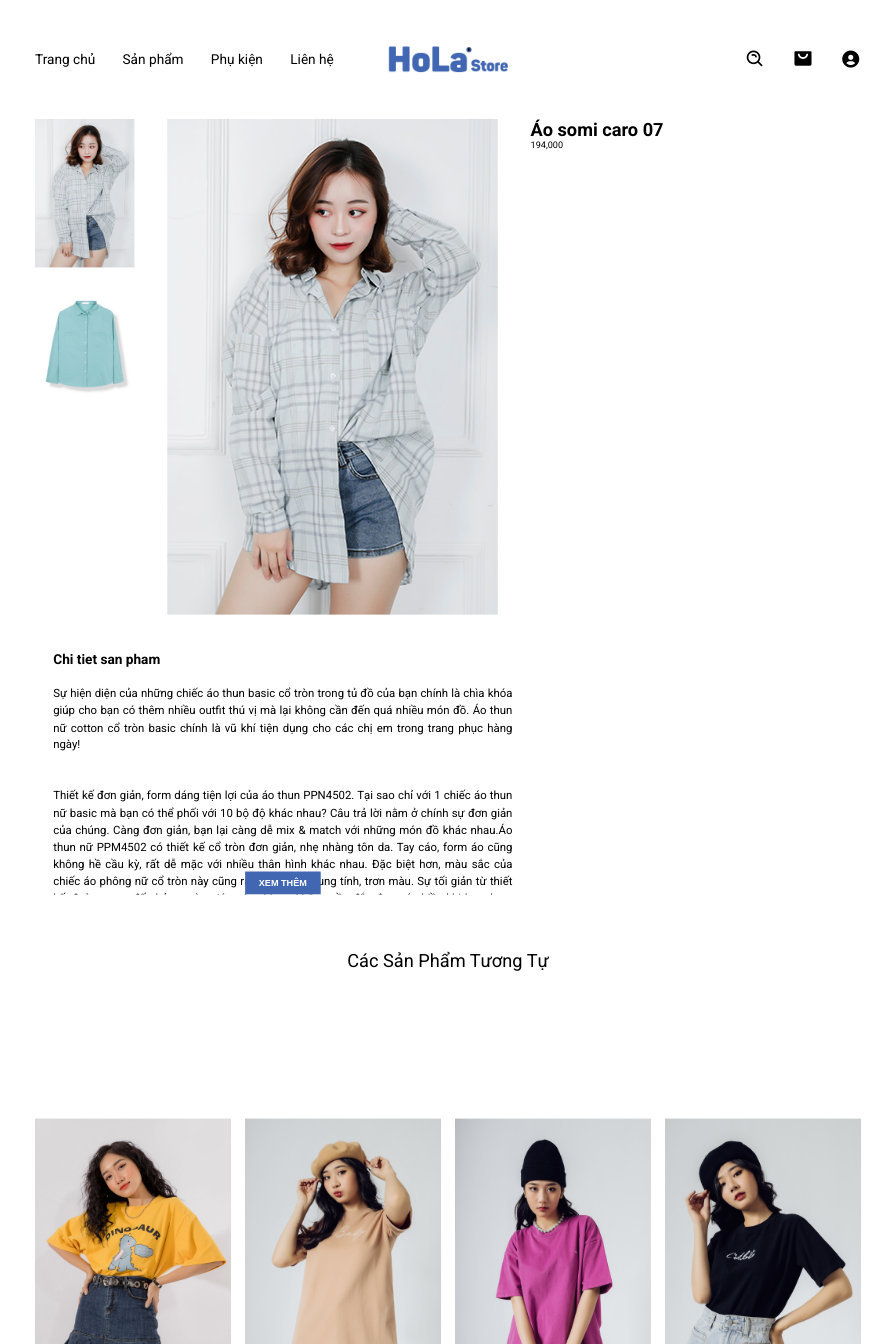
Repository: eric-nguyen-fe/Hola-ecommerce
Page: /catalog/ao-somi-caro-07
The author's editor kept a copy of each file at every save. The page is drawn from the files as they stood at one save, then again after a run of saves.
The browser window is 1280 px wide. The pictures show the part of the page from y = 0 to 1920 px (the page is 4131 px tall), at 70% of full size.
The project was rebuilt for these pictures with package versions that can differ from the ones it lists, and the page was loaded fresh each time. Also part of the build but not shown: src/components/HeroSlider.jsx, src/components/PolicyCard.jsx, src/assets/fake-data/hero-slider.js, src/assets/fake-data/policy.js, src/pages/Home.jsx, src/components/CheckBox.jsx, src/assets/fake-data/category.js, src/assets/fake-data/product-color.js and 4 more.

Above is the page before, as saved 2021-12-10 12:32:47.

### src/scss/index.scss
@import "./variables";
@import "./mixins";
@import "./base";

@import "./components/header";
@import "./components/footer";
@import "./components/hero-slider.scss";
@import "./components/button";
@import "./components/policy-card";
@import "./components/section";
@import "./components/product-card";
@import "./components/catalog";
@import "./components/custom-checkbox.scss";
@import "./components/product";

### src/components/Layout.jsx
import React from 'react'

import { BrowserRouter, Route } from 'react-router-dom'

import Header from './Header'
import Footer from './Footer'

import Routes from '../routes/Routes'

const Layout = () => {
    return (
        <BrowserRouter>
            <Route render={props => (
                <div>

                    <div className="container">
                    <Header {...props}/>
                        <div className="main">
                            <Routes/>
                        </div>
                    </div>
                    <Footer/>
                </div>
            )}/>
        </BrowserRouter>
    )
}

export default Layout

### src/scss/_variables.scss
$main-bg: #fff;
$main-color: #4267b2;

$txt-main-color: #000;
$txt-second-color: #8d8d8d;
$txt-white: #fff;

$btn-main-bg: $main-color;
$btn-main-color: #fff;

$header-height: 170px;
$header-tablet-height: 70px;
$header-mobile-height: 40px;
$header-shrink-height: 70px;

$box-shadow: rgba(73, 90, 105, 0.2) 0px 8px 24px;

$colors: (
    "blue": #4267b2,
    "orange": #eea54d,
    "pink": #f3786d,
    "white": #fff,
    "black": #000,
    "main": $main-color
);

$mobile-width: 600px;
$tablet-width: 1024px;

$numbers: (0, 1, 2, 3, 4, 5, 6, 7, 8);

### src/scss/mixins.scss
@mixin flex ($align-item, $justify-content) {
    display: flex;
    align-items: $align-item;
    justify-content: $justify-content;
}

@mixin mobile {
    @media only screen and (max-width: $mobile-width){
        @content;
    }
}

@mixin tablet {
    @media only screen and (max-width: $tablet-width){
        @content;
    }
}

### src/scss/_base.scss
@import url("https://fonts.googleapis.com/css2?family=M+PLUS+Rounded+1c:wght@100;300;400;500;700;800;900&family=Roboto:ital,wght@0,100;0,300;0,400;0,500;0,700;0,900;1,100;1,300;1,400;1,500;1,700;1,900&display=swap");

@import url("https://fonts.googleapis.com/css2?family=M+PLUS+Rounded+1c:wght@100;300;400;500;700;800;900&family=Roboto:ital,wght@0,100;0,300;0,400;0,500;0,700;0,900;1,100;1,300;1,400;1,500;1,700;1,900&display=swap");

* {
    padding: 0;
    margin: 0;
    box-sizing: border-box;
    -webkit-tap-highlight-color: transparent;
    user-select: none;
}

html {
    font-size: 13px;
}

body {
    font-family: "Roboto", sans-serif;
}

ul {
    list-style-type: none;
}

a {
    text-decoration: none;
    color: unset;
}

a:hover {
    color: $main-color;
}

img {
    max-width: 100%;
}

@each $color, $val in $colors {
    .color-#{$color} {
        color: $val;
    }

    .bg-#{$color} {
        background-color: $val;
    }
}

@each $val in $numbers {
    .grid-col-#{$val} {
        grid-template-columns: repeat($val, 1fr);
    }
}

@each $val in $numbers {
    .grid-col-md-#{$val} {
        @include tablet {
            grid-template-columns: repeat($val, 1fr);
        }
    }
}

@each $val in $numbers {
    .grid-col-sm-#{$val} {
        @include mobile {
            grid-template-columns: repeat($val, 1fr);
        }
    }
}

.container {
    width: 100%;
    max-width: 1620px;
    padding: 0 50px;
    margin: auto;

    @include tablet {
        padding: 0 20px;
    }

    @include mobile {
        padding: 0 10px;
    }
}

.main {
    margin-top: $header-height;
    margin-bottom: 2rem;
    min-height: 100vh;

    @include tablet {
        margin-top: calc(#{$header-tablet-height} + 20px);
    }

    @include mobile {
        margin-top: calc(#{$header-mobile-height} + 10px);
    }
}

.grid {
    display: grid;
}

### src/scss/components/_header.scss
.header {
    background-color: $main-bg;
    position: fixed;
    top: 0;
    left: 0;
    width: 100%;
    z-index: 99;
    height: $header-height;
    transition: height .3s ease;

    @include tablet {
        height: $header-tablet-height;
        box-shadow: $box-shadow;
    }

    .container {
        height: 100%;
    }

    &.shrink{
        height: $header-shrink-height;
        box-shadow: $box-shadow;
        z-index: 100;

        @include mobile {
            height: $header-mobile-height;
        }
    }

    &__logo {
        @include flex (center, center);
        position: absolute;
        inset: 0;
        pointer-events: none;

        img {
            height: 38px;
        }
    }

    &__menu {
        @include flex(center, space-between);
        height: 100%;
        font-size: 1.5rem;

        &__item ~ &__item {
            margin-left: 39px;

            @include tablet {
                margin-left: 20px;
            }

            @include mobile {
                margin-left: 10px;
            }
        }

        &__item.active {
            font-weight: 600;
            color: $main-color;
        }


        &__item:hover {
            color: $main-color;
        }

        &__left,
        &__right {
            @include flex(center, center);
            height: 100%;
        }

        &__right {
            font-size: 2.25rem;

            &__item {
                @include flex(center, center);

                @include tablet {
                    margin-left: 10px;
                }
            }



            @include mobile {
                font-size: 1.5rem;
            }
        }

        &__left {
            &__close{
                display: none;
            }

            @include tablet {
                flex-direction: column;
                background-color: $main-bg;
                position: absolute;
                left: 0;
                top: 0;
                width: 100%;
                height: 100vh;
                justify-content: flex-start;
                padding-top: 30px;
                transform: translateX(-100%);
                transition: transform 0.5s ease;

                &.active {
                    transform: translateX(0);
                }

                &__item ~ &__item {
                    margin-left: unset;
                    margin-top: 20px;
                }

                &__close {
                    display: block;
                    position: absolute;
                    left: 20px;
                    font-size: 2.5rem;
                }
            }
        }

        &__mobile-toggle {
            display: none;

            @include tablet {
                display: block;
                font-size: 2.5rem;

            }
        }


    }
}

### src/scss/components/_footer.scss
.footer {
    padding: 70px 0;
    box-shadow: $box-shadow;
    font-size: 1.1rem;

    &__logo {
        height: 30px;
    }

    &__about {
        p {
            margin-bottom: 2rem;
        }
    }

    &__title {
        text-transform: uppercase;
        margin-bottom: 2rem;
        font-weight: 600;
    }

    &__content {
        p {
            margin-bottom: 1.25rem;
        }
    }
}

### src/scss/components/_button.scss
.btn {
    border: 0;
    outline: 0;
    color: $btn-main-color;
    font-size: 1.5rem;
    font-weight: 600;
    text-transform: uppercase;
    cursor: pointer;
    overflow: hidden;
    position: relative;

    @include mobile {
        font-size: 1rem;
    }

    &__txt,
    &__icon {
        display: block;
        transition: transform 0.5s ease;
    }

    &__txt {
        padding: 1rem 2rem;
    }

    &__icon {
        @include flex(center, center);
        font-size: 2rem;
        position: absolute;
        left: 0;
        top: 0;
        height: 100%;
        width: 100%;
        transform: translateX(-100%);
    }

    &-animate:hover &__txt {
        transform: translateX(100%);
    }

    &-animate:hover &__icon {
        transform: translateX(0);
    }

    &-sm {
        font-size: 1rem;
    }

    &-sm &__txt {
        padding: 0.7rem 1.5rem;
    }
}

### src/scss/components/_policy-card.scss
.policy-card {
    @include flex(center, flex-start);
    padding: 20px;
    padding-left: 0;
    box-shadow: $box-shadow;
    transition: transform .5s ease;

    &:hover {
        transform: translateY(-20%);
    }

    &__icon {
        @include flex (center, center);
        width: 40%;
        color: $main-color;

        i {
            font-size: 3rem;
        }
    }

    &__info{
        &__name{
            font-size: 1.25rem;
            font-weight: 600;
            margin-bottom: 7px;
        }

        &__description{
            font-size: 1rem;
            color: $txt-second-color;
        }

    }
}

### src/scss/components/_section.scss
.section {
    margin-bottom: 80px;

    & > * ~ * {
        margin-top: 70px;
    }

    &__title {
        font-size: 2rem;
        text-transform: capitalize;
        text-align: center;
    }
}

### src/scss/components/product-card.scss
.product-card {
    text-align: center;
    margin-bottom: 30px;

    &__image {
        padding-top: 50%;
        position: relative;
        overflow: hidden;
        margin-bottom: 30px;
    }
}

### src/scss/components/_catalog.scss
.catalog {
    @include flex(flex-start, flex-start);

    @include tablet {
        flex-direction: column;
    }

    &__filter {
        width: 20%;

        @include tablet {
            width: max-content;
            height: 100vh;
            background-color: $main-bg;
            padding: 1rem;
            position: fixed;
            left: 0;
            top: $header-tablet-height;
            z-index: 100;
            box-shadow: $box-shadow;
            transform: translateX(-100%);
            transition: transform 0.3s ease;
        }

        @include mobile {
            top: $header-mobile-height;
        }

        &.active {
            transform: translateX(0);
        }

        &__widget {
            margin-bottom: 2rem;

            &__title {
                font-size: 1.25rem;
                font-weight: 600;
                text-transform: capitalize;
                margin-bottom: 16px;
            }

            &__content {
                color: $txt-second-color;

                &__item {
                    margin-bottom: 13px;
                }
            }
        }
    }

    &__content {
        flex-grow: 1;

        @include tablet {
            width: 100%;
        }
    }

    &__filter__toggle {
        display: none;

        @include tablet {
            display: block;
            margin-bottom: 2rem;
        }
    }
}

### src/scss/components/custom-checkbox.scss
.custom-checkbox {
    @include flex (center, flex-start);

    cursor: pointer;

    &:hover {
        color: $main-color;
    }

    input {
        position: absolute;
        opacity: 0;

    }
}

### src/scss/components/_product.scss
.product {
    @include flex (flex-start, flex-start);

    &__images {
        @include flex(flex-start, flex-start);
        width: 60%;
        flex-wrap: wrap;

        &__list {
            width: 20%;

            &__item {
                cursor: pointer;
            }
        }

        &__main {
            flex-grow: 1;
            padding-top: 100%;
            position: relative;

            img {
                position: absolute;
                top: 0;
                left: 50%;
                height: 100%;
                transform: translateX(-50%);
            }
        }
    }
}

.product-description {
    width: 100%;
    padding: 2rem 2rem 3rem;
    height: 400px;
    overflow: hidden;
    position: relative;

    &.expand {
        height: max-content;
    }

    &__title {
        font-size: 1.5rem;
        font-weight: 600;
        margin: 2rem 0;
    }

    &__content {
        font-size: 1.25rem;
        line-height: 1.875rem;
        text-align: justify;
    }

    &__toggle {
        position: absolute;
        bottom: 0;
        left: 50%;
        transform: translateX(-50%);
    }
}

### src/routes/Routes.jsx
import React from 'react'

import { Route, Switch } from 'react-router-dom'

import Home from '../pages/Home';
import Catalog from '../pages/Catalog';
import Cart from '../pages/Cart';
import Product from '../pages/Product';

const Routes = () => {
    return (
        <Switch>
            <Route path="/" exact component = {Home}/>
            <Route path="/catalog/:slug" exact component = {Product}/>
            <Route path="/catalog" exact component = {Catalog}/>
            <Route path="/cart" exact component = {Cart}/>
        </Switch>
    )
}

export default Routes

### src/pages/Product.jsx
import React, {useEffect} from 'react';

import Helmet from '../components/Helmet'
import Section, {SectionBody, SectionTitle} from '../components/Section'
import Grid from '../components/Grid'
import ProductCard from '../components/ProductCard'


import productData from '../assets/fake-data/products';
import ProductView from '../components/ProductView';


const Product = props => {

    const product = productData.getProductBySlug(props.match.params.slug)

    const relatedProducts = productData.getProducts(8)

    React.useEffect(() => {
        window.scrollTo(0,0)
    }, [product])

    return (
        <Helmet title={product.title}>
            <Section>
                <SectionBody>
                    {
                       <ProductView product={product}/>                    }
                </SectionBody>
            </Section>
            <Section>
                <SectionTitle>
                   Các sản phẩm tương tự
                </SectionTitle>
                <SectionTitle>
                <Grid
                        col={4}
                        mdCol={2}
                        smCol={1}
                        gap={20}
                    >
                        {
                            relatedProducts.map((item, index) => (
                                <ProductCard
                                    key={index}
                                    img01={item.image01}
                                    img02={item.image02}
                                    name={item.title}
                                    price={Number(item.price)}
                                    slug={item.slug}
                                />
                            ))
                        }
                    </Grid>
                </SectionTitle>
            </Section>
        </Helmet>
    )
}

export default Product

### src/components/Helmet.jsx
import React, {useEffect} from 'react'
import PropTypes from 'prop-types'

const Helmet = props => {

    document.title = 'Hola - ' + props.title

    useEffect(() => {
        window.scrollTo(0,0)

    }, [])

  return (
    <div>
        {props.children}
    </div>
  )
}

Helmet.propTypes = {
    title: PropTypes.string.isRequired
}

export default Helmet

### src/components/ProductCard.jsx
import React from 'react'
import PropTypes from 'prop-types'

import { Link } from 'react-router-dom'

import Button from './Button'

import numberWithCommas from '../utils/numberWithCommas'

const ProductCard = props => {
    return (
        <div className="product-card">
            <Link to={`/catalog/${props.slug}`}>
                <div className="product-card__image">
                    <img src={props.img01} alt="" />
                    <img src={props.img02} alt="" />
                </div>
                <h3 className="product-card__name">{props.name}</h3>
                <div className="product-card__price">
                    {numberWithCommas(props.price)}
                    <span className="product-card__price__old">
                        <del>{numberWithCommas(399000)}</del>
                    </span>
                </div>
            </Link>
            <div className="product-card__btn">
                <Button
                    size="sm"
                    icon="bx bx-cart"
                    animate={true}
                >
                    Chọn mua
                </Button>
            </div>
        </div>
    )
}

ProductCard.propTypes = {
    img01: PropTypes.string.isRequired,
    img02: PropTypes.string.isRequired,
    name: PropTypes.string.isRequired,
    price: PropTypes.number.isRequired,
    slug: PropTypes.string.isRequired,


}

export default ProductCard

### src/components/Button.jsx
import React from 'react'
import PropTypes from 'prop-types'

const Button = props => {

    const bg = props.backgroundColor ? 'bg-' + props.backgroundColor : 'bg-main'

    const size = props.size ? 'btn-' + props.size : ''

    const animate = props.animate ? 'btn-animate' : ''

    return (
        <button
            className={`btn ${bg} ${size} ${animate}`}
            onClick={props.onClick ? () => props.onClick() : null}
        >
            <span className="btn__txt">{props.children}</span>
            {
                props.icon ? (
                    <span className="btn__icon">
                        <i className={`${props.icon} bx-tada`}></i>
                    </span>
                ) : null
            }
        </button>
    )
}

Button.propTypes = {
    backgroundColor: PropTypes.string,
    size: PropTypes.string,
    icon: PropTypes.string,
    animate: PropTypes.bool,
    onclick: PropTypes.func
}

export default Button

### src/components/ProductView.jsx
import React, {useState} from 'react'
import PropTypes from 'prop-types'

import Button from './Button'
import numberWithCommas from '../utils/numberWithCommas'

const ProductView = props => {

    const product = props.product

    const [previewImg, setPreviewImg ] = useState(product.image01);

    const [descriptionExpand, setDescriptionExpand] = useState(false);

    return (
<div className="product">
            <div className="product__images">
                <div className="product__images__list">
                    <div className="product__images__list__item" onClick={() => setPreviewImg(product.image01)}>
                        <img src={product.image01} alt="" />
                    </div>
                    <div className="product__images__list__item" onClick={() => setPreviewImg(product.image02)}>
                        <img src={product.image02} alt="" />
                    </div>
                </div>
                <div className="product__images__main">
                    <img src={previewImg} alt="" />
                </div>
                <div className={`product-description ${descriptionExpand ? 'expand' : ''}`}>
                    <div className="product-description__title">
                        Chi tiet san pham
                    </div>
                    <div className="product-description__content" dangerouslySetInnerHTML={{__html:product.description}}>
                    </div>
                    <div className="product-description__toggle">
                        <Button
                            size="sm"
                            onClick={() => setDescriptionExpand(!descriptionExpand)}
                        >
                            {
                                descriptionExpand ? 'Thu gọn' : 'Xem thêm'
                            }
                        </Button>
                    </div>
                </div>
            </div>
            <div className="product__info">
                <h1 className="product__info__title">{product.title}</h1>
                <div className="product__info__item">
                    <span className="product__info__title__price">
                        {
                            numberWithCommas(product.price)
                        }
                    </span>
                </div>
            </div>
        </div>
    )
}

ProductView.propTypes = {
    product: PropTypes.object.isRequired,

}

export default ProductView

Loaded but not shown: public/index.html (common file); src/reportWebVitals.js (common file); src/assets/boxicons-2.0.7/css/boxicons.min.css (library); src/components/Grid.jsx (common file); src/components/Section.jsx (common file); src/utils/numberWithCommas.js (common file); src/assets/fake-data/products.js (275 lines, source omitted); src/index.js (20 lines, source omitted); src/scss/components/hero-slider.scss (214 lines, source omitted); src/components/Footer.jsx (124 lines, source omitted); src/components/Header.jsx (103 lines, source omitted)

After the next 2 saves:
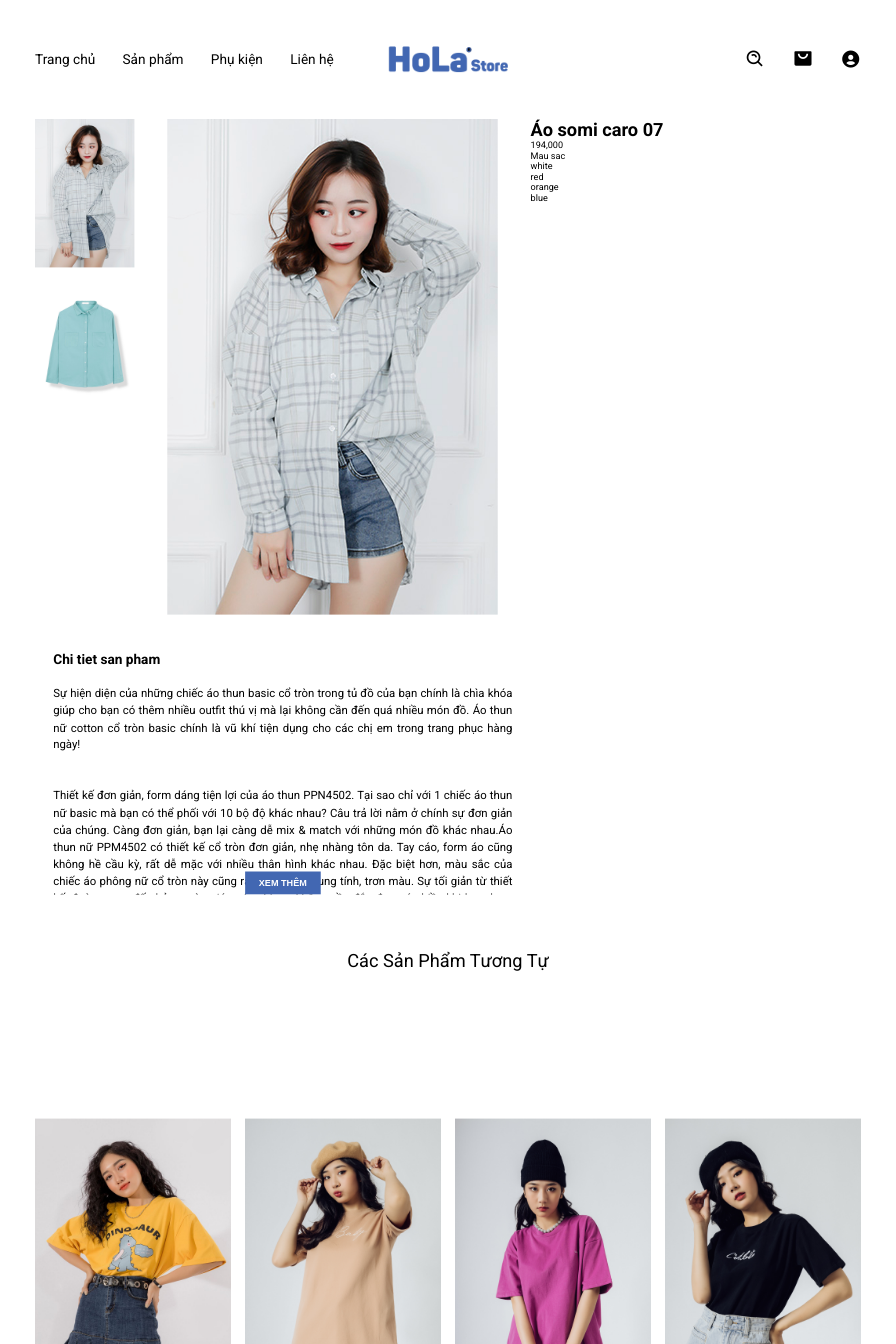
The 2 saves are shown as one change because 1 did not build or start.
The last was saved 2 min 38 s later.
--- a/src/components/ProductView.jsx
+++ b/src/components/ProductView.jsx
@@ -53,6 +53,20 @@
                         }
                     </span>
                 </div>
+                <div className="product__info__item">
+                    <div className="product__info__item__title">
+                        Mau sac
+                    </div>
+                    <div className="product__info__item__list">
+                        {
+                            product.colors.map((item, index) => (
+                                <div key={index} className="product__info__item__list__item">
+                                    {item}
+                                </div>
+                            ))
+                        }
+                    </div>
+                </div>
             </div>
         </div>
     )
